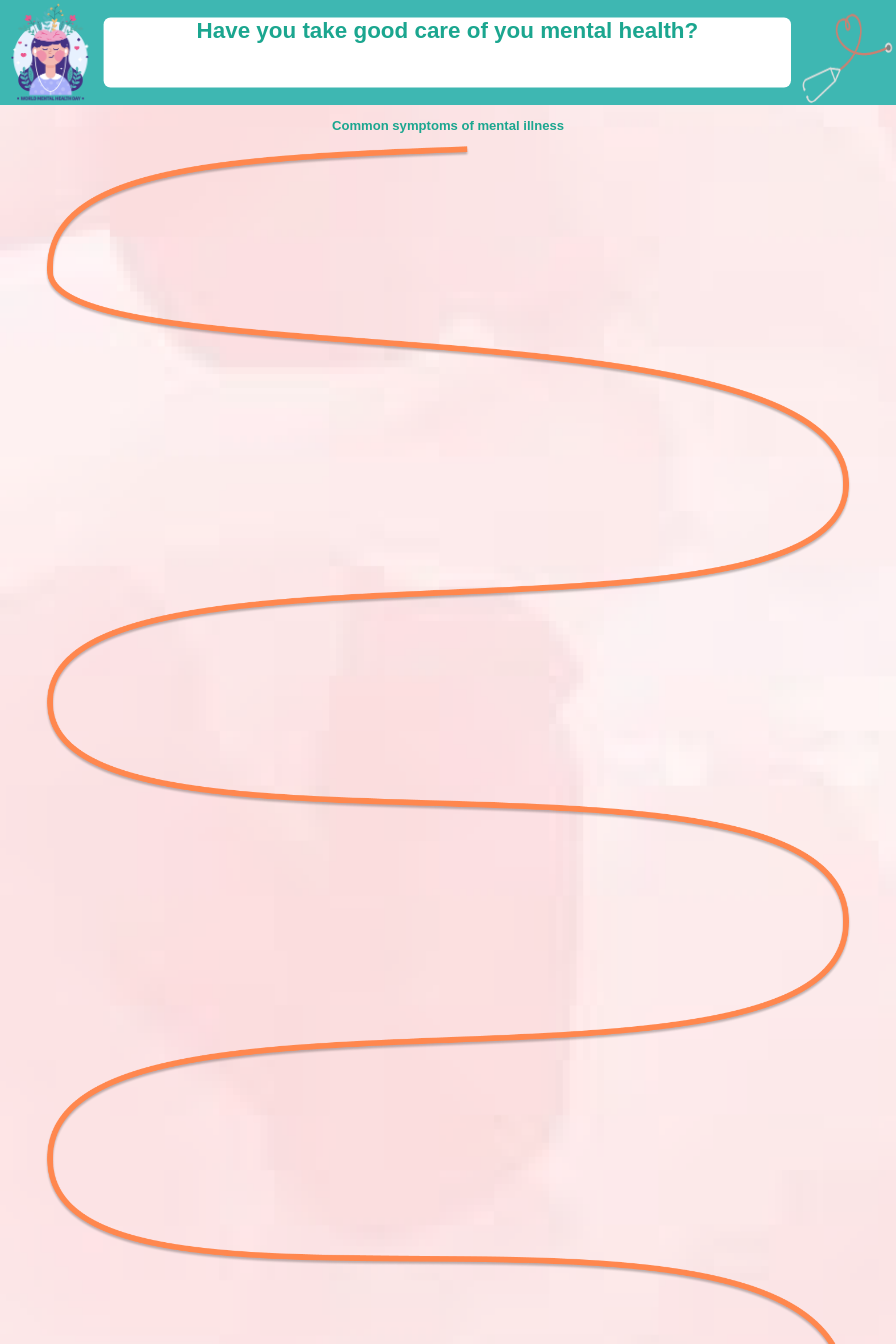
Repository: zzs1/2109-Dynamic-Content-Project
Page: Shin_code/index.html
An editor plug-in stored every save of this project. The page is shown before and after a run of saves, followed by the edit.
The browser window is 1280 px wide. The pictures show the part of the page from y = 0 to 1920 px (the page is 2780 px tall), at 70% of full size.
Some web fonts or font styles are not loaded; a fallback is used.

Above is the page before, as saved 2021-03-09 00:18:22.

### Shin_code/index.html
<html lang="en">
<head>
  <meta charset="UTF-8">
  <meta name="viewport" content="width=device-width, initial-scale=1.0">
  <link href="index.css" rel="stylesheet" type="text/css" >
  <link rel="preconnect" href="https://fonts.gstatic.com">
  <link href="https://fonts.googleapis.com/css2?family=Saira+Semi+Condensed:wght@500&display=swap" rel="stylesheet">
  <link href="https://fonts.googleapis.com/css2?family=Solway:wght@700&display=swap" rel="stylesheet">
  <link href="https://fonts.googleapis.com/css2?family=Sniglet&display=swap" rel="stylesheet">
  <title>Midterm group project for MDIA 2109</title>
</head>
<body>
  <!--please place your code in #main -->
  <div id="main">
    <!--Shin Part: Brain-->
    <div class="header image">
      <div class="headerpic"></div>
    </div>

    <!--Shin Part: Header: Have you take good care of you mental health? -->
    <div class="header caption">
      <img class="headimg" src="comps/caption/headimage.png" alt="firstimg">
      <div class="header_back">
        <h1 class="headertitle">Have you take good care of
          you mental health?
        </h1>
      </div>
        <img class="sideimg" src="comps/caption/sideimage.png" alt="secondimg">
    </div>

    <!--Shin Part: content1: Common symptoms of mental illness -->
   <div class="content center">
     <div class="sub1_back">
     <h3 class="content sub1">Common symptoms of mental illness</h3>
    </div>
     <img class="arrow" src="comps/content/Group 13.png" alt="arrowkey" width="90%">
     <div class="content form"></div>
   </div>

    <!--Shin: Dont be afraid part-->
    <div class="foot cap">
      <div class="footline">Don't be afraid!</div>
      <div class="footpara">
        THE ABOVE SITUATION ARE THE SIGNS OF
        HAVING MENTAL HEALTH ISSUE AND IT IS <span style="color: yellow;">NORMAL</span> TO HAVE MENTAL DISORDER
      </div>
    </div>


  </div>

  <!--Shin scripts start from here-->
  <script src="comps/caption/index.js"></script>
   <script src="comps/headerpic/index.js"></script>
</body>
</html>

### Shin_code/index.css
html,body {
  margin:0;
}

#main {
  width:100vw;
  height:100vh;
  display:flex;
  flex-direction: column;
}
/* Shin */
.header {
  display: flex;
  width: 100%;
  align-items: center;
  justify-content: center;
}

.image {
  background-image: url("comps/headerpic/headerbackground.png");

}
.caption {
  background-color: #3EB7B2;
  width:100%;
  height: 740px;
  left: -1px;
  top: 0px;

}

.sub1 {
  text-align: center;
  color: #1BA68F;
  font-family:'Saira Semi Condensed', sans-serif;
}
.sub1_back{
width:
}
.sub2 {
  text-align: center;
  color: yellow;
}

.headertitle{
  font-family:'Saira Semi Condensed', sans-serif;
  color: #1BA68F;
  text-align: center;
}
.cap{
  background-color: #6ED1BF;
  text-align: center;
}
.footline{
  text-align: center;
  font-family: 'Solway', serif;
  color: yellow;
  font-size: 120px;
  line-height: 144px;
  text-shadow: 0px 4px 4px rgba(0, 0, 0, 0.25);
  transform: matrix(1, 0, 0, 1, 0, 0);
}
.footpara{
font-family:'Saira Semi Condensed', sans-serif;
font-style: normal;
font-weight: 400;
font-size: 60px;
line-height: 94px;
color: #FFFFFF;
}
.center{
  background-image: url("comps/content/background.png");
  display: inline;

}
.header_back{

  width:80%;
  height:100px;
  background-color: #FFFFFF;
  border-radius: 10px;
}
.header_back > h1 {
  margin:0;
}
.headertitle{

}
.headimg{
width: 150px;
height: 150px;
left: -11px;
top: 400px;
}
.sideimg{
right: -11px;
top: 400px;
width: 150px;
height: 150px;
}
.arrow{
  z-index: -1;
  display: block;
  margin-left: auto;
  margin-right: auto;

}

/* DONT TOUCH !! Chisaki Part Start from here */
.container {
 min-width:100%;
}
.cardquestions{
  background-color:#1BA68F;
}
.card {
  display:flex;
  flex-direction:row;
  flex-wrap: wrap;
  justify-content:center;
  align-items: center;
  margin:30px;
  font-family: 'Saira Semi Condensed', sans-serif;
}
.mid{
  background-color:#FFFFFF;
  text-align: center;
}
.midtitle {
 color:#1BA68F;
 font-family: 'Saira Semi Condensed', sans-serif;

}

.iconsection {
  background-color:#FFAA81;

}
.title,.title2{
  display: flex;
  justify-content:center;
  align-items: center;
  margin:30px;
  font-family: 'Saira Semi Condensed', sans-serif;
}

.icon {
  display: flex;
  flex-wrap: wrap;
  justify-content:center;
  align-items: center;
  margin:10px;
  font-family: 'Saira Semi Condensed', sans-serif;

}
.subtitle {
  color:#FFEBE4;
  text-align: center;
  font-family: 'Saira Semi Condensed', sans-serif;
}
.hidden{
  display:none;
}
.info {
justify-content: center;
align-items: center;
font-family: 'Saira Semi Condensed', sans-serif;
}

### Shin_code/comps/caption/index.js
function captionUI(text="filler"){
return`<div style='position: absolute;
width: 150px;
height: 300px;
left: calc(50% - 1345px/2 + 16px);
top: 169px;
background-color: #FFFFFF;
border-radius: 30px;'><p style='font-family: Sniglet;
font-style: normal;
font-weight: normal;
font-size: 80px;
line-height: 100px;
text-align: center;'>${text}</p></div>

`
}

Loaded but not shown: Shin_code/comps/headerpic/index.js (no copy from this time; the picture is the same without it)

After the next 2 saves:
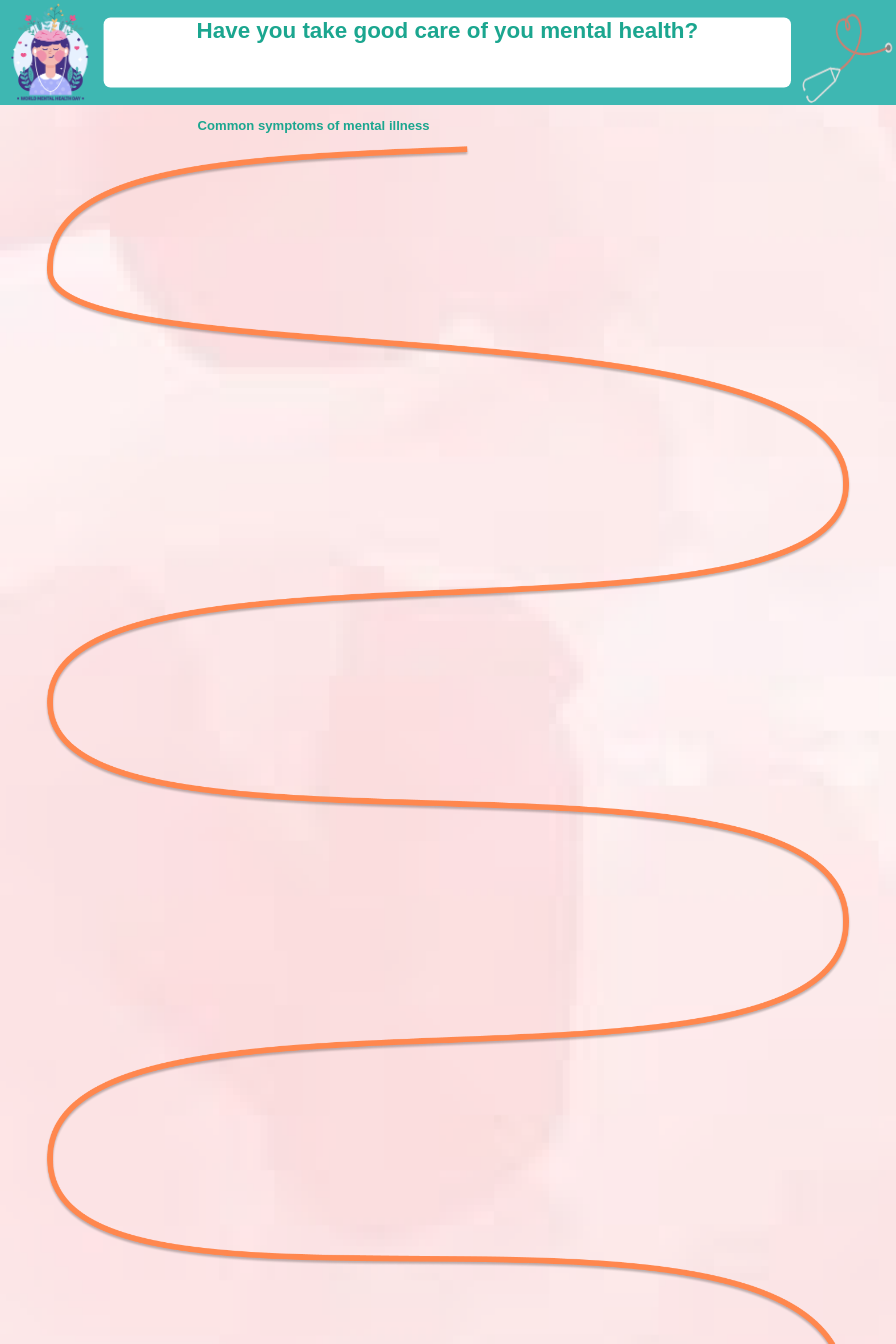
The 2 saves are shown as one change because they came seconds apart.
The last was saved 21 s later.
--- a/Shin_code/index.css
+++ b/Shin_code/index.css
@@ -35,7 +35,8 @@ html,body {
   font-family:'Saira Semi Condensed', sans-serif;
 }
 .sub1_back{
-width:
+width:70%;
+
 }
 .sub2 {
   text-align: center;
